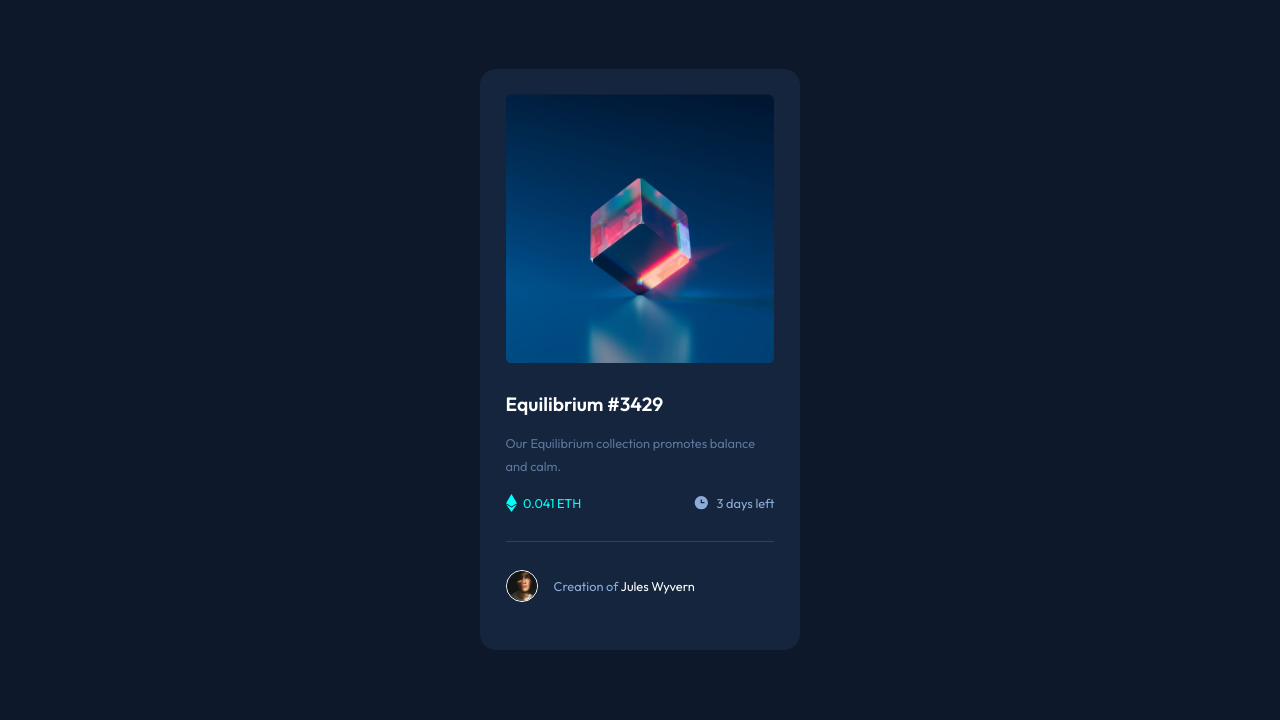
Repository: thaibaocoder1/nft-preview-card-component
Page: index.html
These files come from the project's save history. The page is drawn as it stood at one moment and after a run of saves; the edit follows.
The browser window is 1280 px wide. The pictures show the whole page.

Above is the page before, as saved 2023-01-06 19:10:10.

### index.html
<!DOCTYPE html>
<html lang="en">
<head>
  <meta charset="UTF-8">
  <meta name="viewport" content="width=device-width, initial-scale=1.0">
  <link rel="icon" type="image/png" sizes="32x32" href="./images/favicon-32x32.png">
  <title>Frontend Mentor | NFT preview card component</title>
  <link rel="stylesheet" href="./images/favicon-32x32.png">
  <link rel="stylesheet" href="./style.css">
  <style>
    .attribution { font-size: 11px; text-align: center; }
    .attribution a { color: hsl(228, 45%, 44%); }
  </style>
</head>
<body>
  <main class="container">
    <img src="./images/image-equilibrium.jpg" alt="Image" class="container-img">
    <div class="container-content">
      <h2 class="container-heading">Equilibrium #3429</h2>
      <p class="container-desc">Our Equilibrium collection promotes balance and calm.</p>
      <section class="container-date">
        <div class="container-date-right">
          <img src="./images/icon-ethereum.svg" alt="" class="container-date--image">
          <span class="container-date--text">
            0.041 ETH
          </span>
        </div>
        <div class="container-date-left">
          <img src="./images/icon-clock.svg" alt="" class="container-date--image">
          <span class="container-date--text">
            3 days left
          </span>
        </div>
      </section>
      <hr id="mark">
      <div class="container-footer">
        <img src="./images/image-avatar.png" alt="" class="container-date--image">
        <small class="container-date--footer">
          Creation of
          <span id="text-marker">Jules Wyvern</span>
        </small>
        </div>
      </div>
    </main>


  <!-- <div class="attribution">
    Challenge by <a href="https://www.frontendmentor.io?ref=challenge" target="_blank">Frontend Mentor</a>.
    Coded by <a href="#">baoDev</a>.
  </div> -->
</body>
</html>
<!-- Equilibrium #3429

Our Equilibrium collection promotes balance and calm.

0.041 ETH
3 days left

Creation of Jules Wyvern -->

### style.css
@import url('https://fonts.googleapis.com/css2?family=Outfit:wght@300;400;600&display=swap');
* {
    margin: 0;
    padding: 0;
    box-sizing: border-box;
}
body {
    text-rendering: optimizeLegibility;
    scroll-behavior: smooth;
    font-family: 'Outfit', sans-serif;
    display: flex;
    align-items: center;
    justify-content: center;
    min-height: calc(100vh - 1px);
    background-color: var(--very-dark-blue-main);
    font-size: 62.5%;
}
:root {
    --soft-blue: hsl(215, 51%, 70%);
    --cyan-color: hsl(178, 100%, 50%);
    --very-dark-blue-main: hsl(217, 54%, 11%);
    --very-dark-blue-card: hsl(216, 50%, 16%);
    --very-dark-blue-line: hsl(215, 32%, 27%);
    --white-color: hsl(0, 0%, 100%);
}
.container {
    width: 320px;
    background-color: var(--very-dark-blue-card);
    text-align: center;
    border-radius: 1rem;
    box-shadow: 2rem 2rem 2rem 2rem var(--very-dark-blue-main),
    0  #ccc;
}
.container .container-img {
    width: 20rem;
    height: 20rem;
    object-fit: cover;
    cursor: pointer;
    border-radius: 2rem;
    overflow: hidden;
    padding: 1.6rem;
}
.container .container-content {
    padding: 0 1.6rem 3rem 1.6rem;
    text-align: left;
}
.container .container-content .container-heading {
    color: var(--white-color);
    font-size: 1.2rem;
    padding-bottom: 1rem;
}
.container .container-content .container-desc {
    color: var(--soft-blue);
    font-size: 0.8rem;
    font-weight: 400;
    opacity: 0.6;
    line-height: 1.8;
}
.container .container-date {
    display: flex;
    align-items: center;
    padding: 1rem 0 1.8rem;
}
.container-date .container-date-right, .container .container-date-left {
    display: flex;
    align-items: center;
    justify-content: center;
}
.container .container-date .container-date-left {
    margin-left: auto;
}
.container .container-date--text {
    color: var(--cyan-color);
    font-size: 0.8rem;
    line-height: 1rem;
    text-align: center;
    margin-left: 0.4rem;
}
.container .container-date-left .container-date--text {
    color: var(--soft-blue);
}
#mark {
    border: none;
    width: 100%;
    height: 1px;
    background-color: var(--very-dark-blue-line);
}
.container .container-footer {
    padding-top: 1.8rem;
    display: flex;
    align-items: center;
}
.container .container-footer .container-date--image {
    width: 2rem;
    height: 2rem;
    border-radius: 50%;
    border: 1px solid var(--white-color);
}
.container .container-footer .container-date--footer {
    margin-left: 1rem;
    font-size: 0.8rem;
    color: var(--soft-blue);
}
.container .container-footer #text-marker {
    color: #fff;
}

After the next 4 saves:
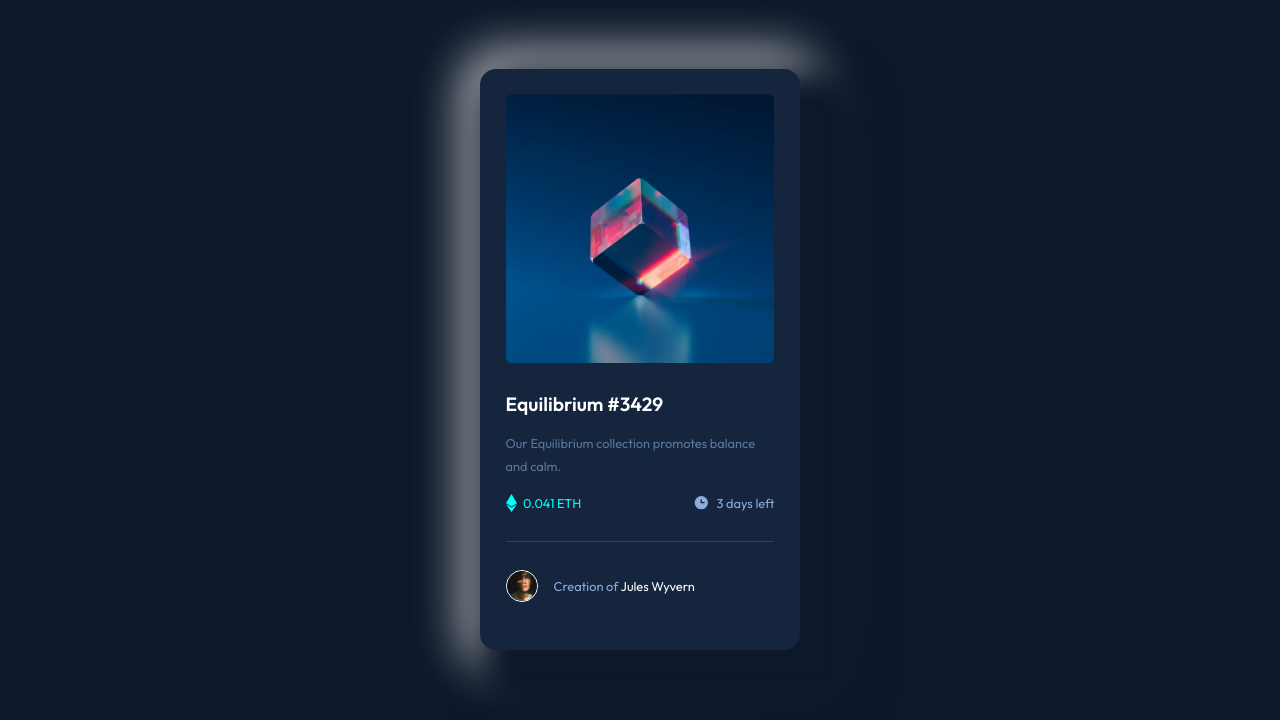
The 4 saves are shown as one change because they came seconds apart.
The last was saved 10 s later.
--- a/style.css
+++ b/style.css
@@ -29,7 +29,7 @@
     text-align: center;
     border-radius: 1rem;
     box-shadow: 2rem 2rem 2rem 2rem var(--very-dark-blue-main),
-    0  #ccc;
+    0 0 3rem 1rem #ccc;
 }
 .container .container-img {
     width: 20rem;

After the 3 saves that followed:
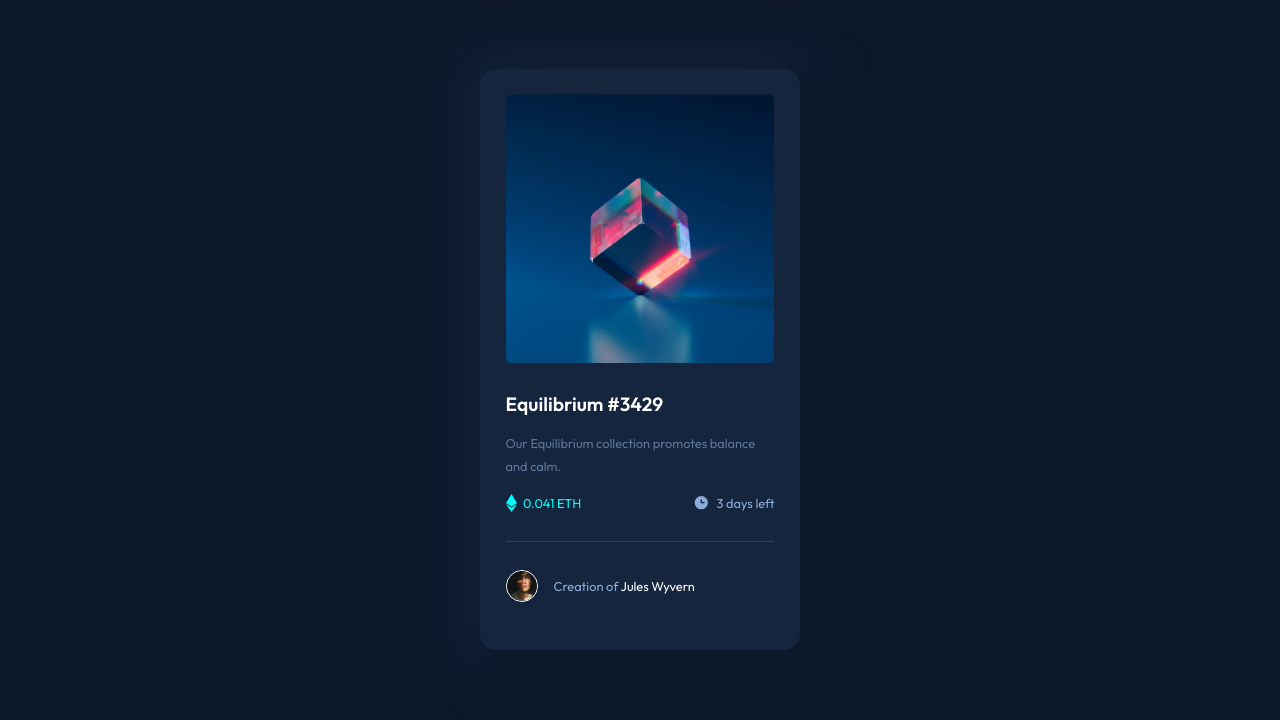
The 3 saves are shown as one change because they came seconds apart.
The last was saved 24 s later.
--- a/style.css
+++ b/style.css
@@ -29,7 +29,7 @@
     text-align: center;
     border-radius: 1rem;
     box-shadow: 2rem 2rem 2rem 2rem var(--very-dark-blue-main),
-    0 0 3rem 1rem #ccc;
+    0 0 3rem 1rem var(--very-dark-blue-card);
 }
 .container .container-img {
     width: 20rem;
